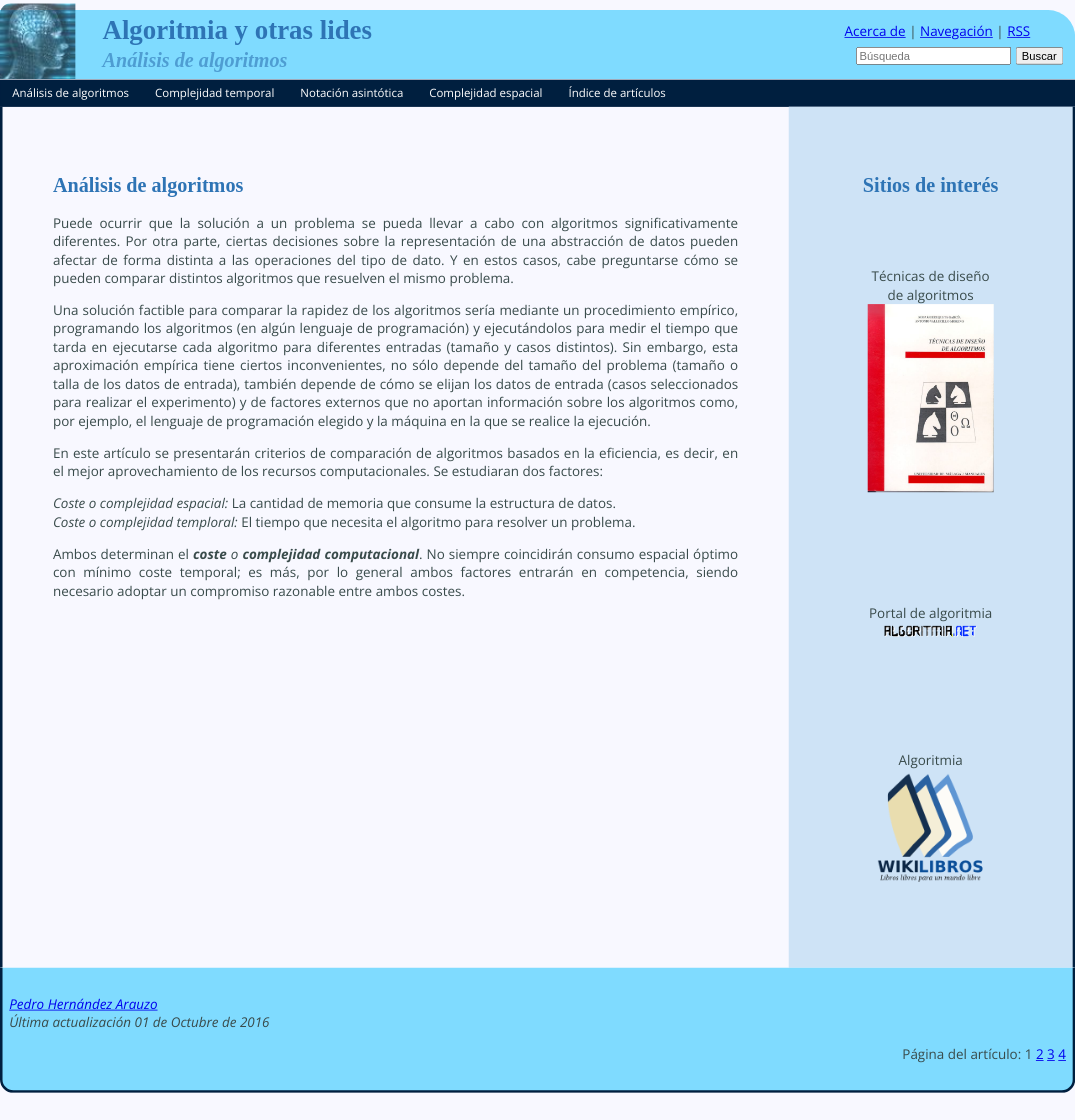
Repository: dgsama/Curso17
Page: SEW/WorkSpace/Practica04/index.html
These files come from the project's save history. The page is drawn as it stood at one moment and after the next save; the edit follows.
The browser window is 1280 px wide. The pictures show the whole page, at 84% of full size.
Some web fonts or font styles are not loaded; a fallback is used.

Above is the page before, as saved 2016-10-26 09:59:32.

After the next save:
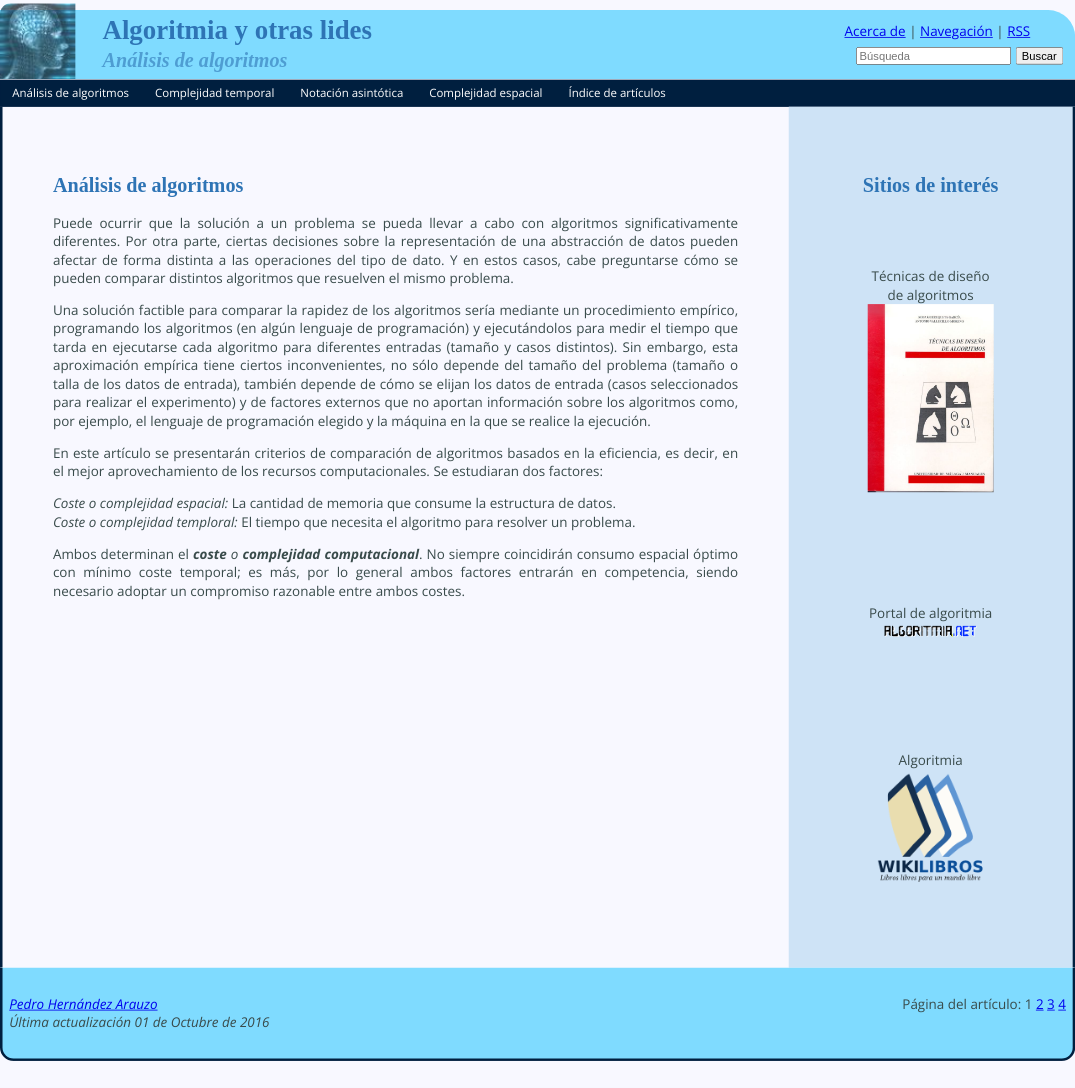
Saved 2 min 59 s later.
--- a/SEW/WorkSpace/Practica04/estilo.css
+++ b/SEW/WorkSpace/Practica04/estilo.css
@@ -162,6 +162,12 @@
     border-bottom: 3px solid #001f3f;
     border-bottom-left-radius: 1em;
     border-bottom-right-radius: 1em;
+    display: flex;
+}
+
+footer>p {
+    text-align: right;
+    flex-grow: 1;
 }
 
 #ayuda {
@@ -290,8 +296,3 @@
         display: table-cell;
     }
 }
-
-footer>p {
-    text-align: right;
-}
-}
